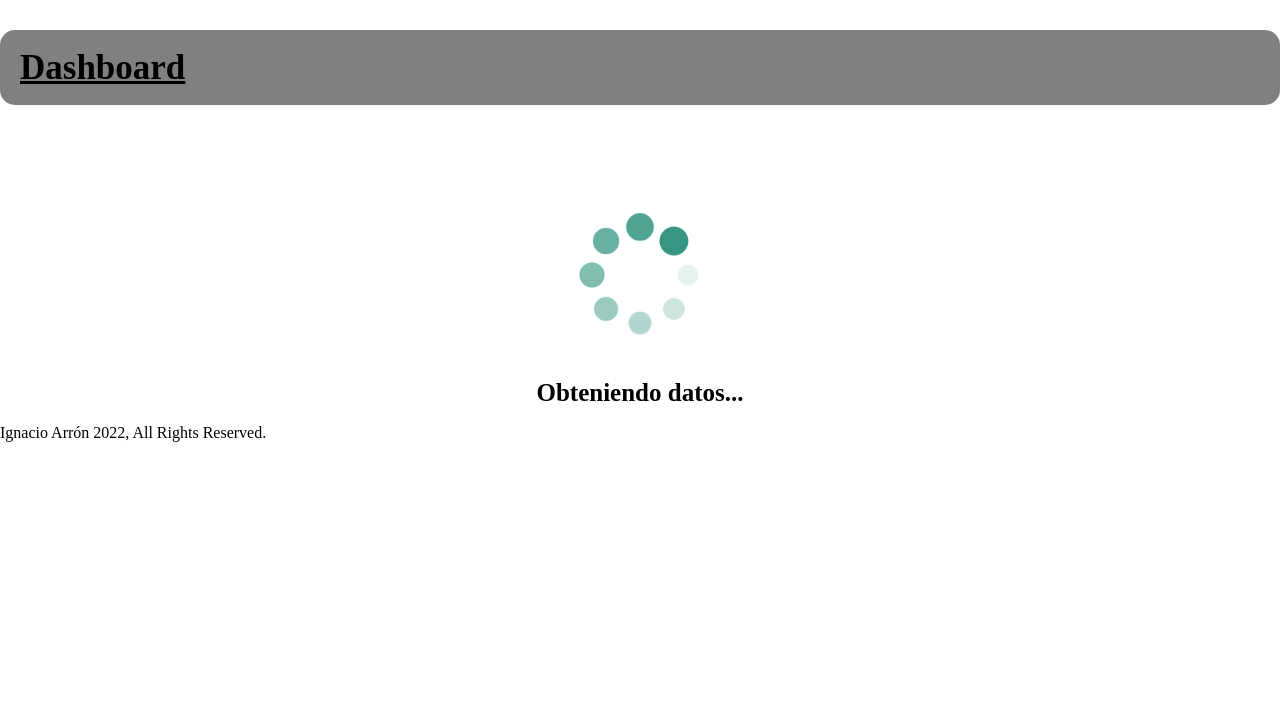
Repository: Divineridh/lppa-parcial2
Page: dashboard.html
These files come from the project's save history. The page is drawn as it stood at one moment and after the next save; the edit follows.
The browser window is 1280 px wide. The pictures show the whole page.
The page's requests for data from a server got no answer.

Above is the page before, as saved 2022-07-04 20:51:36.

After the next save:
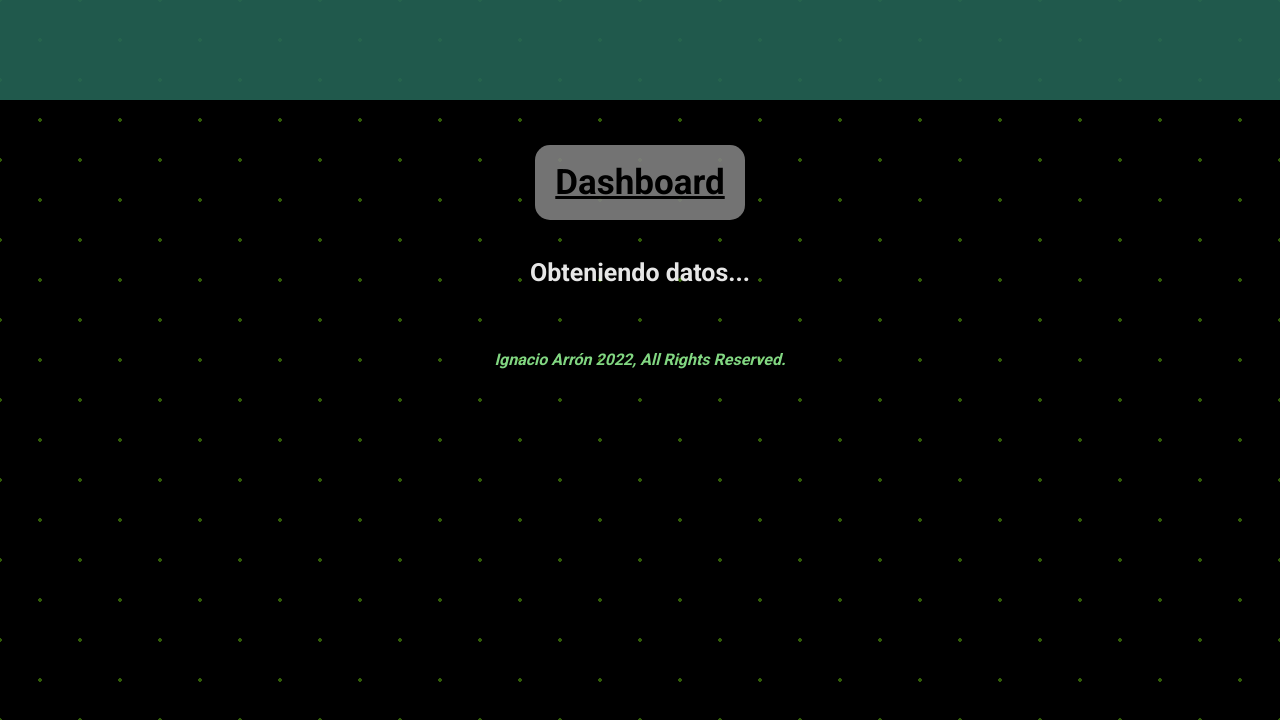
Saved 51 s later.
--- a/dashboard.html
+++ b/dashboard.html
@@ -5,6 +5,7 @@
     <meta http-equiv="X-UA-Compatible" content="IE=edge">
     <meta name="viewport" content="width=device-width, initial-scale=1.0">
     <link rel="stylesheet" href="styles/reset.css">
+    <link rel="stylesheet" href="styles/style.css">
     <link rel="stylesheet" href="/styles/dashboard.css">
     <link rel="shortcut icon" href="images/favicon.ico" type="image/x-icon">
     <script src="/scripts/dashboard.js"></script>
